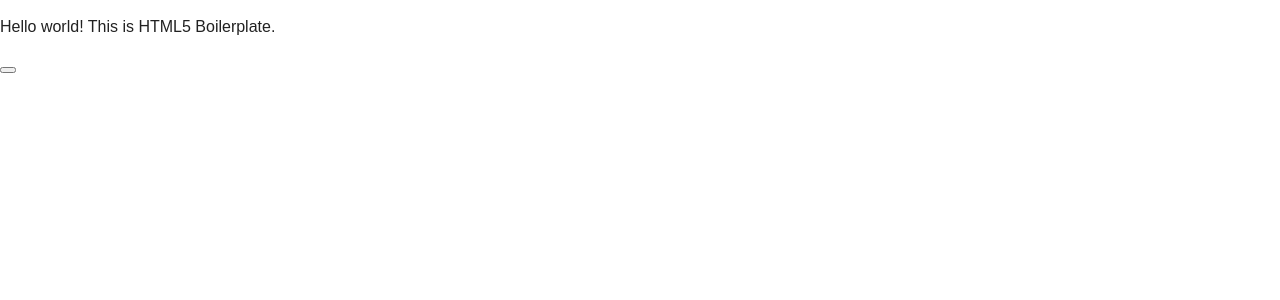
Repository: bugga/venturelab
Page: webkarma/index.html
An editor plug-in stored every save of this project. The page is shown before and after the next save, followed by the edit.
The browser window is 1280 px wide. The pictures show the whole page.
Some web libraries are served in a nearby version.

Above is the page before, as saved 2013-02-01 16:14:50.

After the next save:
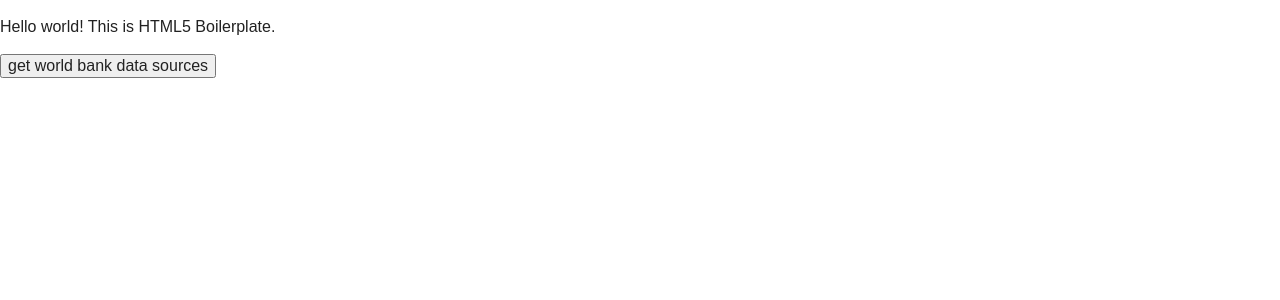
Saved 66 s later.
--- a/webkarma/index.html
+++ b/webkarma/index.html
@@ -23,7 +23,7 @@
 
         <!-- Add your site or application content here -->
         <p>Hello world! This is HTML5 Boilerplate.</p>
-		<button value="get world bank data sources" onclick="getAvailableDataSources"></button>
+		<button value="get world bank data sources" onclick="getAvailableDataSources">get world bank data sources</button>
 		<!-- WORLD BANK -->
 
         <script src="//ajax.googleapis.com/ajax/libs/jquery/1.9.0/jquery.min.js"></script>
